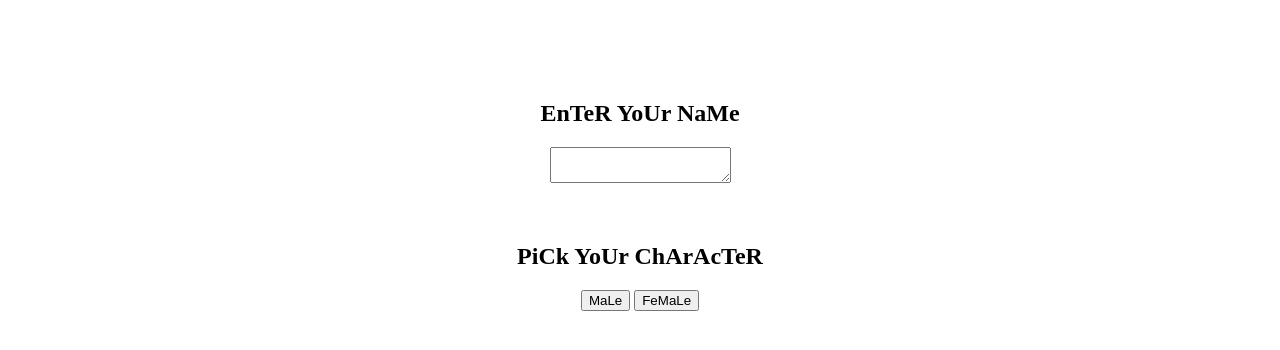
Repository: mutuz786/GameProject
Page: gameproject-app/WebContent/index.html
The author's editor kept a copy of each file at every save. The page is drawn from the files as they stood at one save, then again after the next save.
The browser window is 1280 px wide. The pictures show the whole page.

Above is the page before, as saved 2020-06-09 13:38:31.

### gameproject-app/WebContent/index.html
<!DOCTYPE html>
<html>
<head>
<meta charset="ISO-8859-1">
<title>Game</title>
</head>
<body>
	<br><br><br><br>
	<div align="center" >
		<h2>EnTeR YoUr NaMe</h2>
		<textarea id="name" inputmode="text" ></textarea><br><br><br>
		<h2>PiCk YoUr ChArAcTeR</h2>
		<button >MaLe</button>
		<button>FeMaLe</button>
	</div>
</body>
</html>

After the next save:
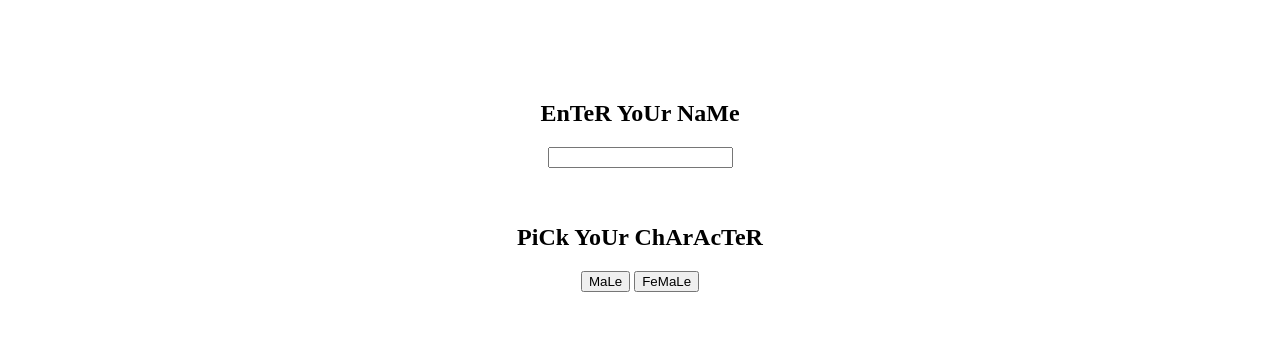
Saved 54 s later.
--- a/gameproject-app/WebContent/index.html
+++ b/gameproject-app/WebContent/index.html
@@ -5,12 +5,19 @@
 <title>Game</title>
 </head>
 <body>
-	<br><br><br><br>
-	<div align="center" >
+	<br>
+	<br>
+	<br>
+	<br>
+	<div align="center">
 		<h2>EnTeR YoUr NaMe</h2>
-		<textarea id="name" inputmode="text" ></textarea><br><br><br>
+		<input ="text" id="name" inputmode="text">
+		</textarea>
+		<br>
+		<br>
+		<br>
 		<h2>PiCk YoUr ChArAcTeR</h2>
-		<button >MaLe</button>
+		<button>MaLe</button>
 		<button>FeMaLe</button>
 	</div>
 </body>
